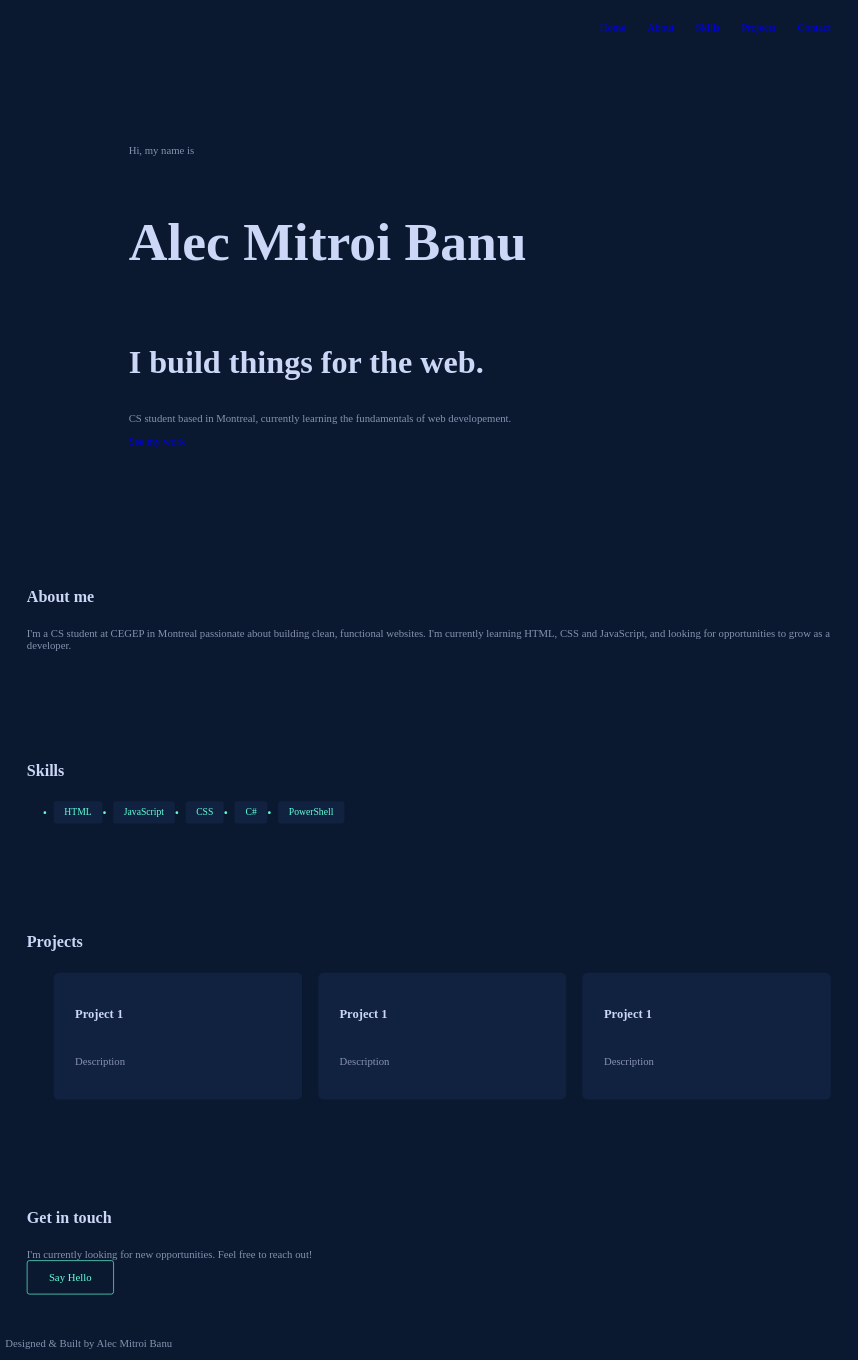
Repository: Alec-Banu/Alec-Banu
Page: index.html
The author's editor kept a copy of each file at every save. The page is drawn from the files as they stood at one save, then again after the next save.
The browser window is 1280 px wide. The pictures show the whole page, at 67% of full size.

Above is the page before, as saved 2026-05-04 13:12:34.

After the next save:
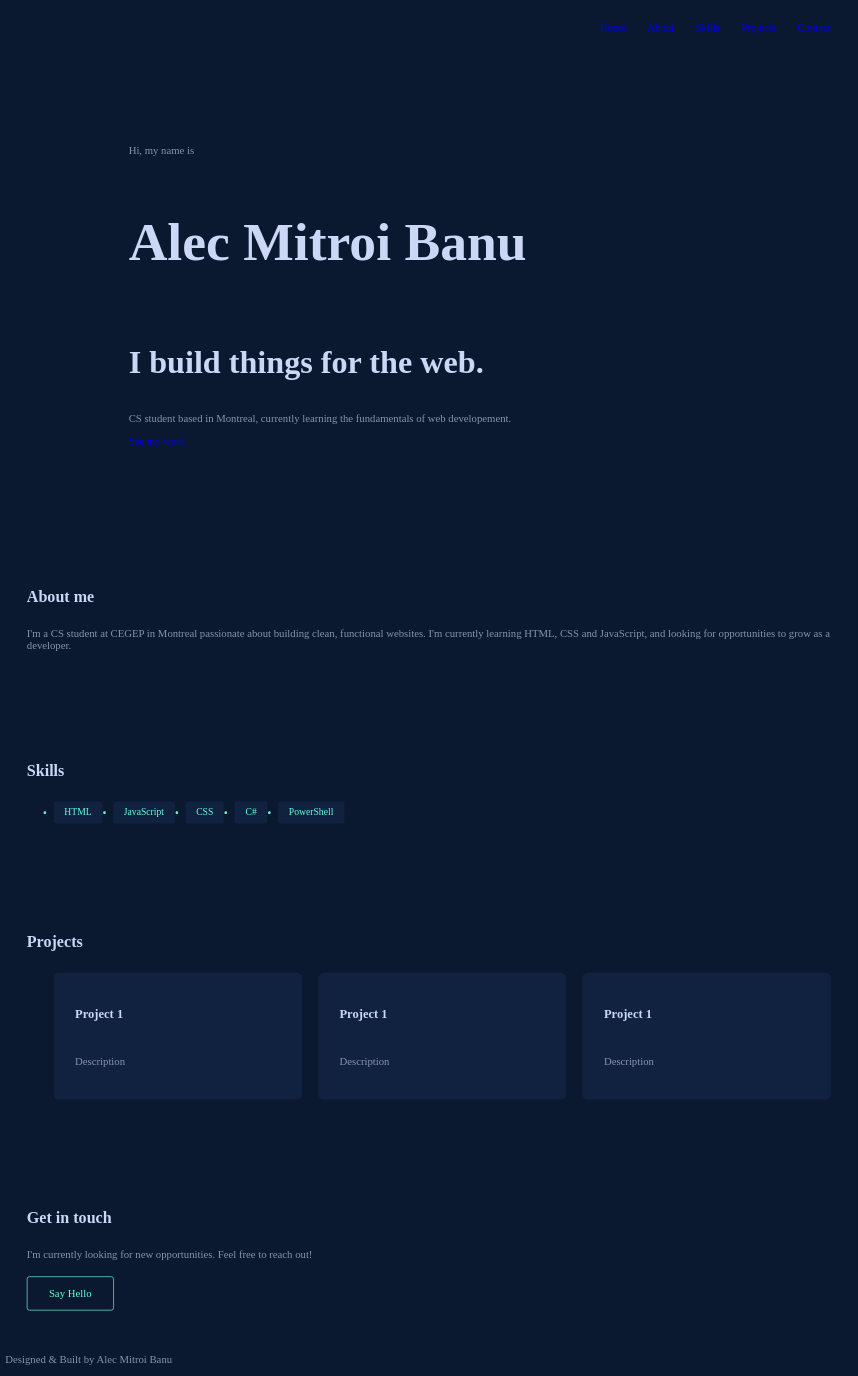
Saved 2 min 53 s later.
--- a/styles/index.css
+++ b/styles/index.css
@@ -99,6 +99,9 @@ section {
     background-color: #64ffda1a;
     text-decoration: none;
   }
+  p{
+    margin-bottom: 2.5rem;
+  }
 }
 
 /* Tablet */
